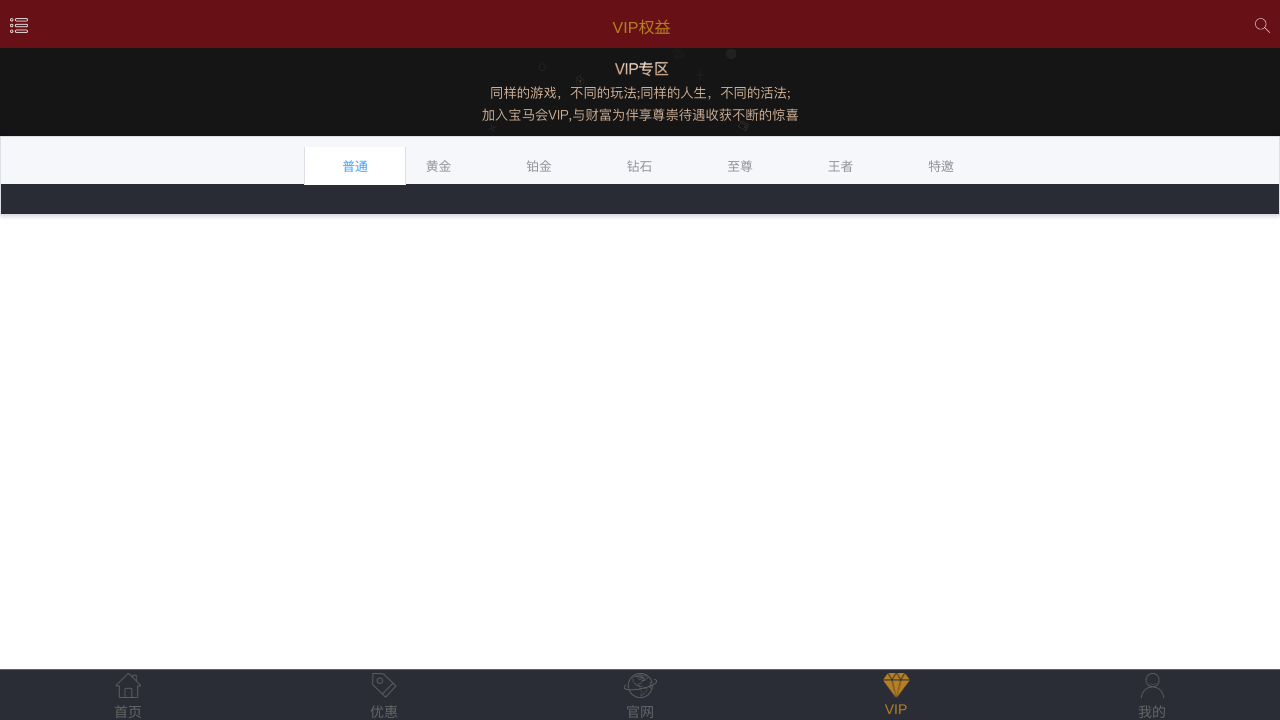
Repository: ada6688/IntegralMall
Page: /Vip
The author's editor kept a copy of each file at every save. The page is drawn from the files as they stood at one save, then again after the next save.
The browser window is 1280 px wide. The pictures show the whole page.
The project was rebuilt for these pictures with package versions that can differ from the ones it lists, and the page was loaded fresh each time. Also part of the build but not shown: src/components/common/Topnav.vue, src/components/page/notice.vue, src/components/page/MainNav.vue, src/components/page/Member.vue, src/components/page/Youhui.vue.

Above is the page before, as saved 2020-01-01 17:24:19.

After the next save:
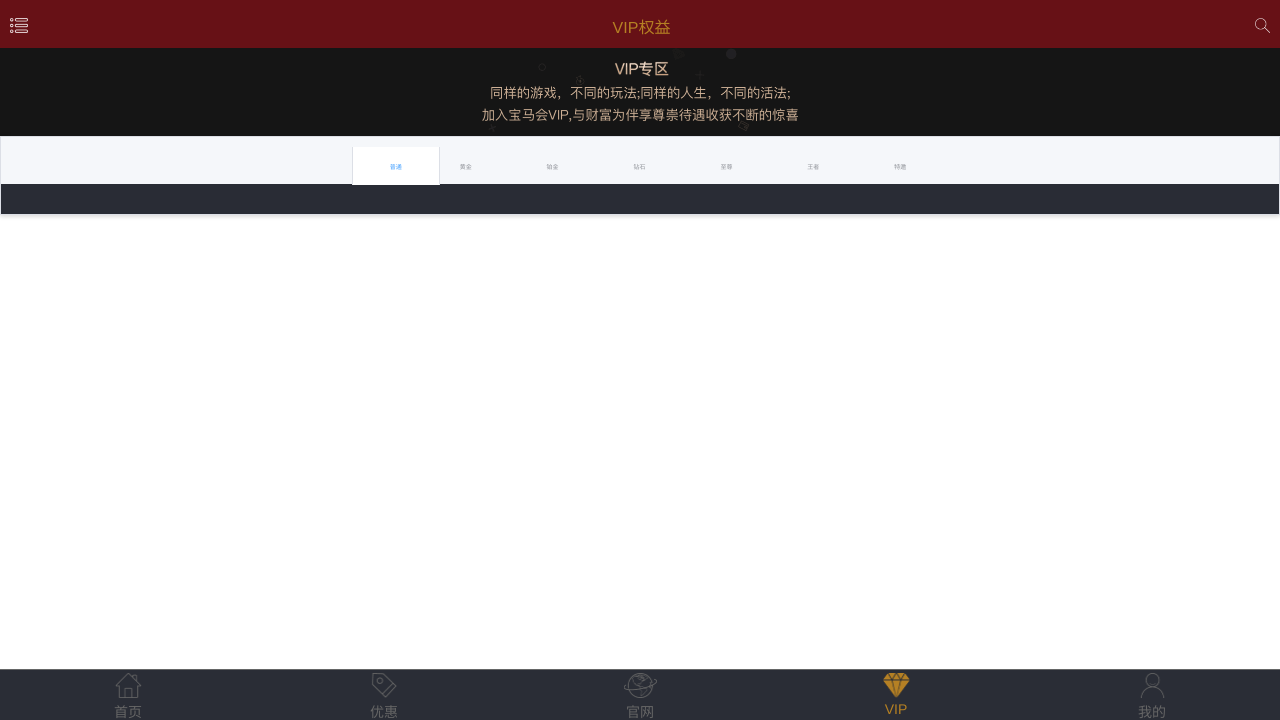
Saved 57 s later.
--- a/src/components/page/Vip.vue
+++ b/src/components/page/Vip.vue
@@ -48,7 +48,7 @@
 }
 .el-tabs--border-card>.el-tabs__header .el-tabs__item{
   border: 0;
-  font-size: .8rem;
+  font-size: 1%;
 }
 .el-tabs--border-card>.el-tabs__header{
   padding: 10px 3.65% 0;

After the save that followed:
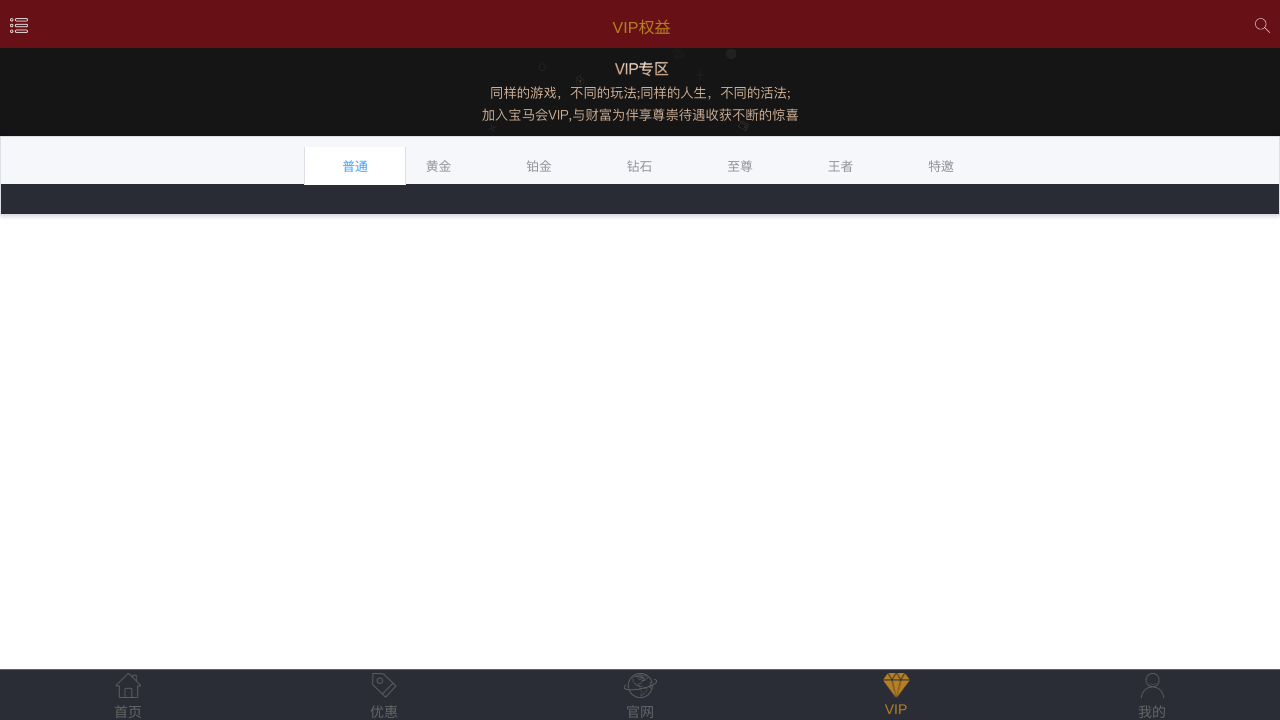
Saved 37 s later.
--- a/src/components/page/Vip.vue
+++ b/src/components/page/Vip.vue
@@ -48,7 +48,7 @@
 }
 .el-tabs--border-card>.el-tabs__header .el-tabs__item{
   border: 0;
-  font-size: 1%;
+  font-size: .8rem;
 }
 .el-tabs--border-card>.el-tabs__header{
   padding: 10px 3.65% 0;
